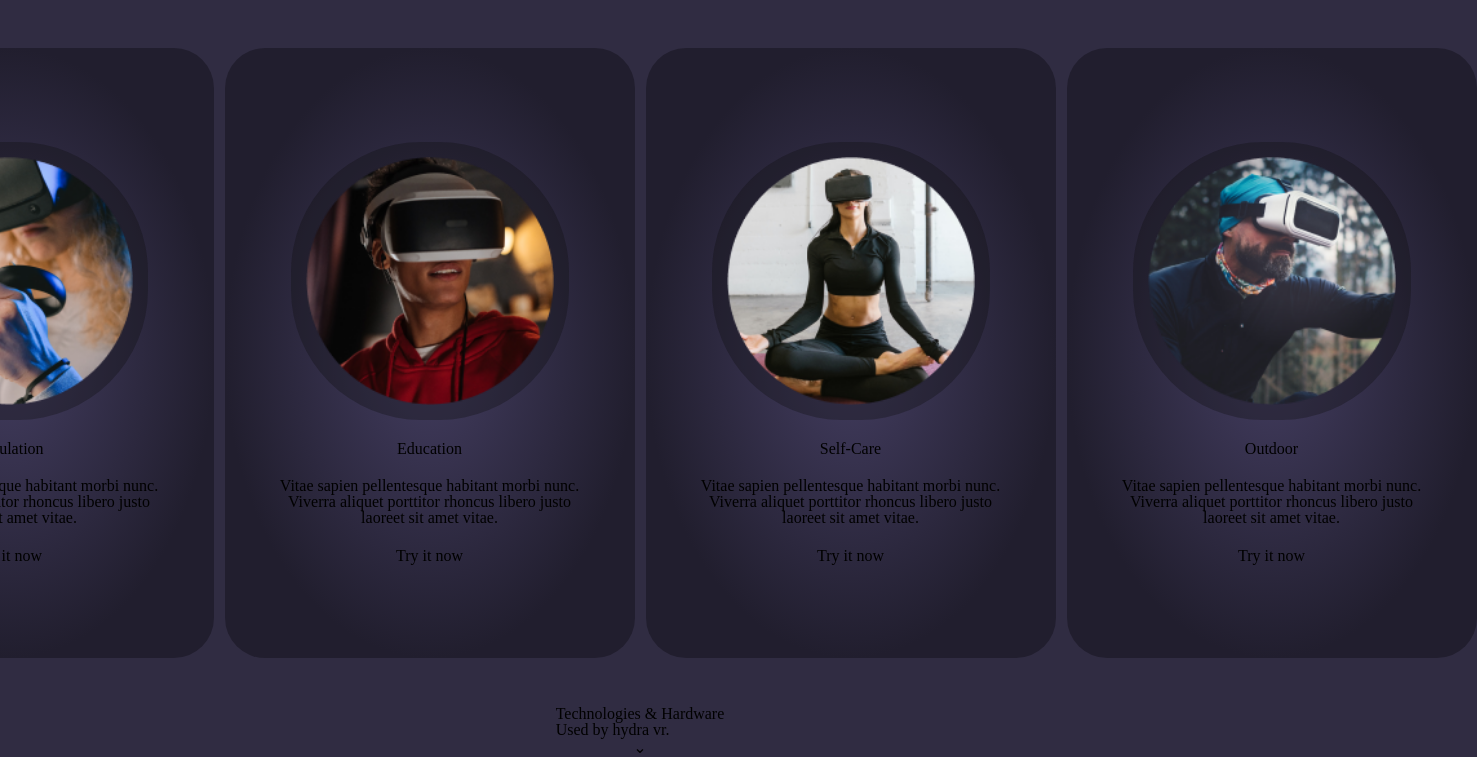
Repository: xMargi/Hydra-LandingPage
Page: index.html
An editor plug-in stored every save of this project. The page is shown before and after the next save, followed by the edit.
The browser window is 1280 px wide. The page is 1477 px wide, so the pictures cover 1477 px, including what lies to the right of the window. The pictures show the whole page.

Above is the page before, as saved 2023-06-07 20:25:07.

### index.html
    <!DOCTYPE html>
    <html lang="pt-br">
    <head>
        <meta charset="UTF-8">
        <meta http-equiv="X-UA-Compatible" content="IE=edge">
        <meta name="viewport" content="width=device-width, initial-scale=1.0">
        <title>Hydra - Landing Page</title>
        <link rel="stylesheet" href="./reset.css">
        <link rel="stylesheet" href="./style.css">
    </head>
    <body>
        <div class="cartoes">
            <div class="cartao">
                <img src="./assets/1.png" alt="Mulher jogando em realidade virtual" class="cartao__img">
                <h1 class="cartao__titulo">Simulation</h1>
                <p class="cartao__paragrafo">Vitae sapien pellentesque habitant morbi
                nunc. Viverra aliquet porttitor rhoncus
                libero justo laoreet sit amet vitae.</p>
                <button class="cartao__button">Try it now</button>
            </div>
            <div class="cartao">
                <img src="./assets/2.png" alt="Homem usando um óculos de realidade virtual" class="cartao__img">
                <h1 class="cartao__titulo">Education</h1>
                <p class="cartao__paragrafo">Vitae sapien pellentesque habitant morbi
                nunc. Viverra aliquet porttitor rhoncus
                libero justo laoreet sit amet vitae.</p>
                <button class="cartao__button">Try it now</button>
            </div>
            <div class="cartao">
                <img src="./assets/3.png" alt="Mulher meditando com óculos de realidade virtual" class="cartao__img">
                <h1 class="cartao__titulo">Self-Care</h1>
                <p class="cartao__paragrafo">Vitae sapien pellentesque habitant morbi
                nunc. Viverra aliquet porttitor rhoncus
                libero justo laoreet sit amet vitae.</p>
                <button class="cartao__button">Try it now</button>
            </div>
            <div class="cartao">
                <img src="./assets/4.png" alt="Homem fazendo exercicíos utilizando um óculos de realidade virtual" class="cartao__img">
                <h1 class="cartao__titulo">Outdoor</h1>
                <p class="cartao__paragrafo">Vitae sapien pellentesque habitant morbi
                nunc. Viverra aliquet porttitor rhoncus
                libero justo laoreet sit amet vitae.</p>
                <button class="cartao__button">Try it now</button>
            </div>
        </div>
        <div class="container__imagem">
            <h1 class="imagem__titulo">Technologies & Hardware</h1>
            <p class="imagem__paragrafo">Used by hydra vr.</p>
        </div>
        <button class="botao__baixo">&#8964</button>
        <script src="./script.js"></script>
    </body>
    </html>

### style.css
@import url('https://fonts.googleapis.com/css2?family=Montserrat:wght@300;400;700&display=swap');

:root{

    --fonte: 'Montserrat', sans-serif;
    --cor-fundo: #302C42;
    --cor-cartao: radial-gradient(50% 50% at 50% 50%, #433D60 0%, #211E2E 100%);
    --cor-button: linear-gradient(90deg, #8176AF 0%, #C0B7E8 100%);
    --cor-branca: #FFFFFF;
    --cor-texto: #343045;
    --cor-sombra: rgba(14, 14, 14, 0.32);

}

body{
    box-sizing: border-box;
    background: var(--cor-fundo);
    display: flex;
    align-items: center;
    flex-direction: column;

}

.cartoes{
    margin:3rem 5.4375rem;
    display: flex;
    gap: 0.6875rem;

}

.cartao{
    background: var(--cor-cartao);
    display: flex;
    flex-direction: column;
    gap: 1.3125rem;
    align-items: center;
    justify-content: center;
    text-align: center;
    padding: 3.125rem;
    border-radius: 2.5rem;
    height: 31.875rem;
    width: 19.375rem;
}

.cartao__img{
    background: var(--cor-sombra);
    border-radius: 8.125rem;
    padding: 0.9375rem;
    width: 80%;
}

Loaded but not shown: main/reset.css (common file); script.js (no copy from this time; the picture is the same without it)

After the next save:
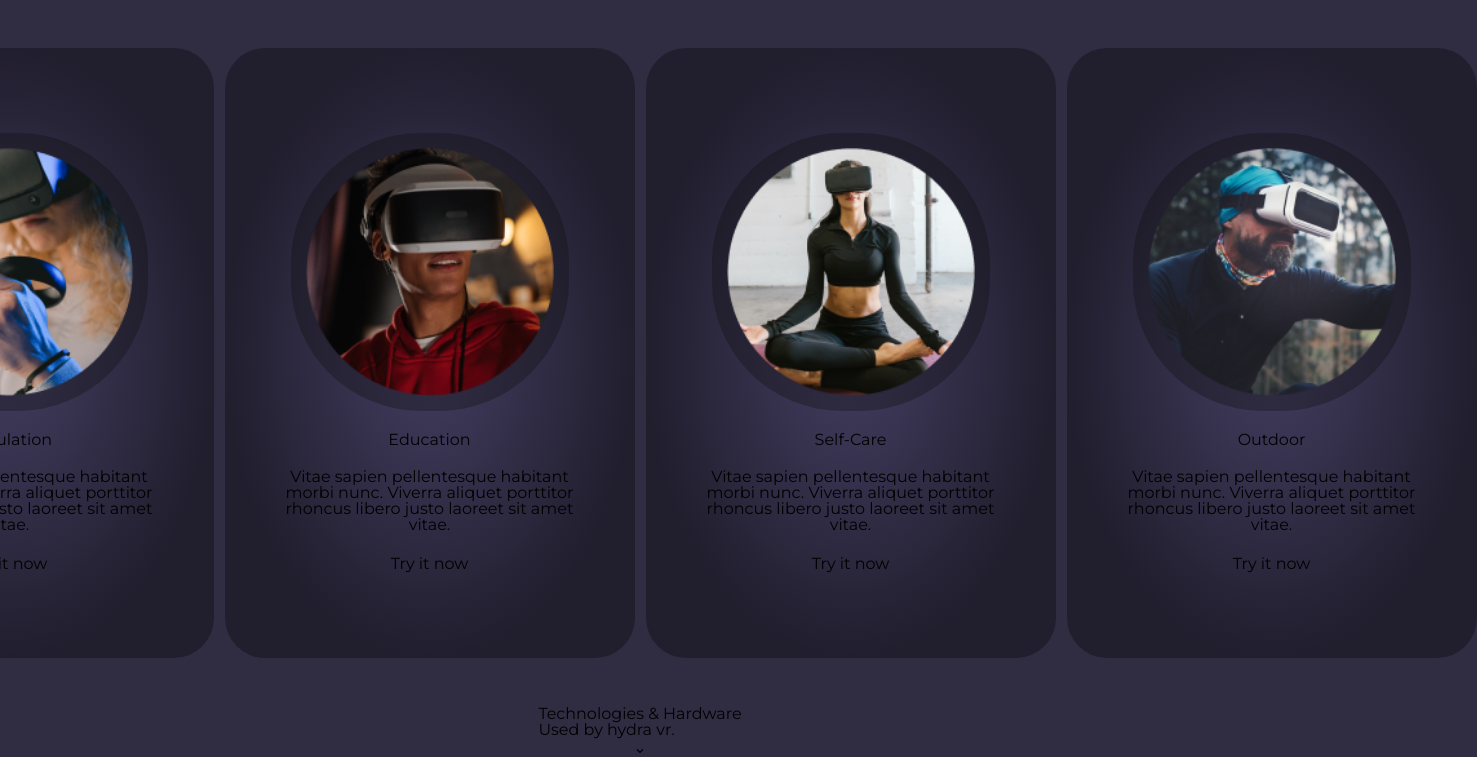
Saved 28 s later.
--- a/style.css
+++ b/style.css
@@ -18,6 +18,7 @@ body{
     display: flex;
     align-items: center;
     flex-direction: column;
+    font-family: var(--fonte);
 
 }
 
@@ -48,3 +49,9 @@ body{
     padding: 0.9375rem;
     width: 80%;
 }
+
+.cartao__titulo{
+
+
+
+}
